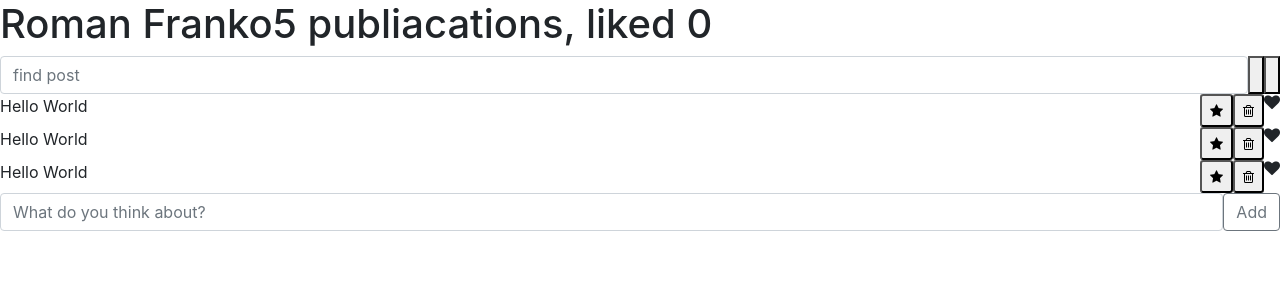
Repository: RomanFPL/Like-twiter
Page: /
The author's editor kept a copy of each file at every save. The page is drawn from the files as they stood at one save, then again after the next save.
The browser window is 1280 px wide. The pictures show the whole page.
The project was rebuilt for these pictures with package versions that can differ from the ones it lists, and the page was loaded fresh each time.

Above is the page before, as saved 2021-03-22 23:13:02.

### public/index.html
<!DOCTYPE html>
<html lang="en">
  <head>
    <meta charset="utf-8" />
    <link rel="icon" href="%PUBLIC_URL%/favicon.ico" />
    <link rel="stylesheet" href="https://stackpath.bootstrapcdn.com/bootstrap/4.5.2/css/bootstrap.min.css">
    <link rel="stylesheet" href="https://stackpath.bootstrapcdn.com/font-awesome/4.7.0/css/font-awesome.min.css">
    <meta name="viewport" content="width=device-width, initial-scale=1" />
    <title>React App</title>
  </head>
  <body>
    <noscript>You need to enable JavaScript to run this app.</noscript>
    <div id="root"></div>
  </body>
</html>

### src/index.js
import React from 'react';
import ReactDOM from 'react-dom';
import './index.css';
import App from './components/app/';

ReactDOM.render(
  <React.StrictMode>
    <App />
  </React.StrictMode>,
  document.getElementById('root')
);

// reportWebVitals();

### src/components/app/app.js
import React from 'react';

import AppHeader from '../app-header';
import SearchPanel from '../search-panel';
import PostStatusFilter from '../post-status-filter';
import PostList from '../post-list';
import PostAddForm from '../post-add-form';

const App = () => {
    return (
    <div className="app">
            <AppHeader/>
            <div className="search-panel d-flex">
                <SearchPanel/>
                <PostStatusFilter/>
            </div>
            <PostList/>
            <PostAddForm/>
    </div>
    )
}

export default App;

### src/components/app-header/index.js
import AppHeader from './header';
export default AppHeader;

### src/components/search-panel/index.js
import SearchPanel from './search-panel'
export default SearchPanel

### src/components/post-add-form/index.js
import PostAddForm from './post-add-form';
export default PostAddForm;

### src/components/app-header/header.js
import React from 'react';


const AppHeader = () => {
    return (
        <div className="app-header d-flex">
            <h1>Roman Franko</h1>
            <h1>5 publiacations, liked 0</h1>
        </div>
    )
}

export default AppHeader;

### src/components/search-panel/search-panel.js
import React from 'react';

const SearchPanel = () => {
    return (
        <input
        className="form-control search-input"
        type="text"
        placeholder="find post"
        />
    )
}


export default SearchPanel;

### src/components/post-status-filter/post-status-filter.js
import React from 'react';

const PostStatusFilter = () => {
    return (
        <div className="btn-group">
            <button/>
            <button/>
        </div>
    )
}

export default PostStatusFilter;

### src/components/post-list/post-list.js
import React from 'react';
import PostListItem from '../post-list-item';



const PostList = () => {
    return (
        <ul className="app-list list-group">
            <PostListItem/>
            <PostListItem/>
            <PostListItem/>
        </ul>
    )
}

export default PostList;

### src/components/post-add-form/post-add-form.js
import React from 'react';

const PostAddForm = () => {
    return (
        <form className="bottom-panel d-flex">
            <input
            type="text"
            placeholder="What do you think about?"
            className="form-control new-post-label"
            />
            <button
            type="submti"
            className="btn btn-outline-secondary">
                Add
            </button>
        </form>
    )
}


export default PostAddForm;

### src/components/post-list-item/post-list-item.js
import React from 'react';

const PostListItem = () => {
    return (
        <li className="app-list d-flex justify-content-between">
            <span className="app-list-label">
                Hello World
            </span>
            <div className="d-flex justify-content-center alight-items-center">
                <button tupe="button" className="btn-star btn-sm">
                    <i className="fa fa-star"></i>
                </button>
                <button tupe="button" className="btn-trash btn-sm">
                    <i className="fa fa-trash-o"></i>
                </button>
                <i className="fa fa-heart"></i>
            </div>
        </li>
    )
}

export default PostListItem;

Loaded but not shown: src/index.css (common file); src/components/app/index.js (common file); src/components/post-status-filter/index.js (common file); src/components/post-list/index.js (common file); src/components/post-list-item/index.js (common file); src/components/app/app.css (common file)

After the next save:
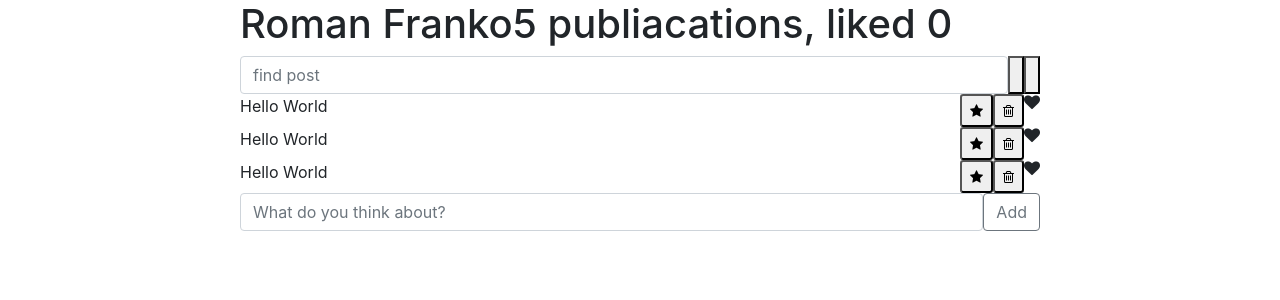
Saved 34 s later.
--- a/src/components/app/app.js
+++ b/src/components/app/app.js
@@ -5,6 +5,8 @@ import SearchPanel from '../search-panel';
 import PostStatusFilter from '../post-status-filter';
 import PostList from '../post-list';
 import PostAddForm from '../post-add-form';
+
+import './app.css';
 
 const App = () => {
     return (
